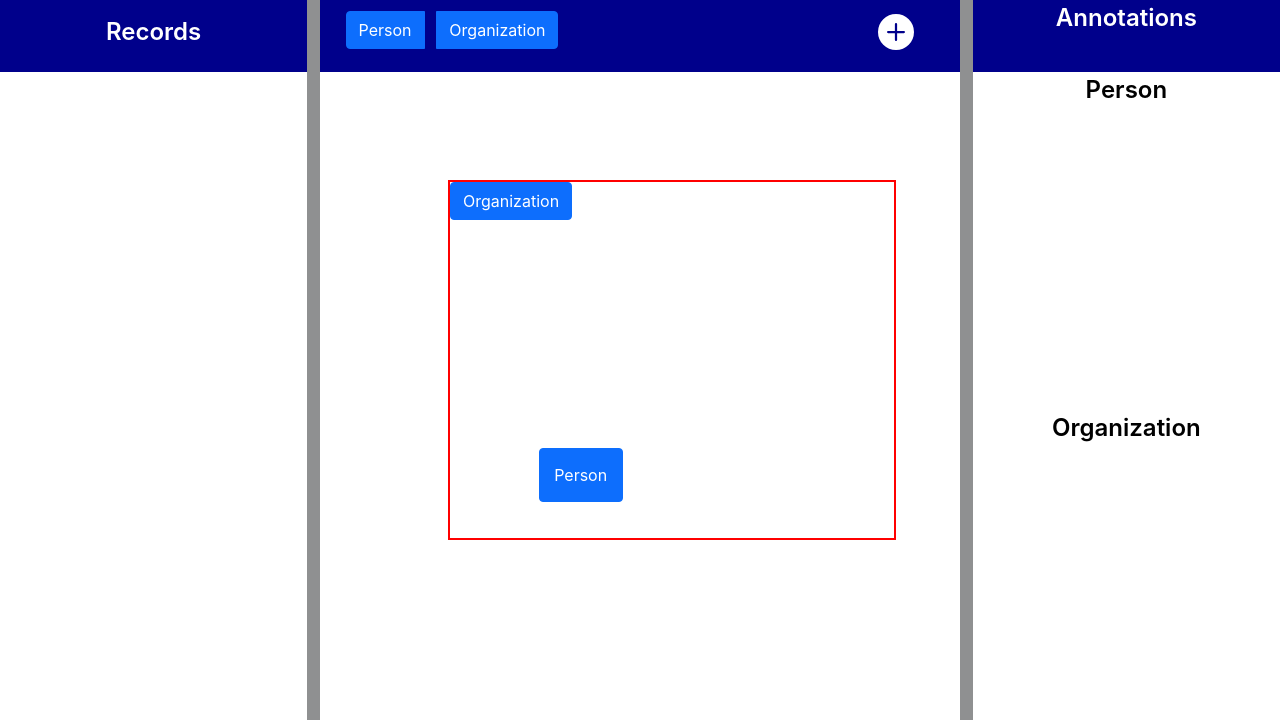
Repository: napan24/classforma_assignment
Page: / (app in client/)
An editor plug-in stored every save of this project. The page is shown before and after the next save, followed by the edit.
The browser window is 1280 px wide. The pictures show the whole page.
The project was rebuilt for these pictures with package versions that can differ from the ones it lists, and the page was loaded fresh each time. Also part of the build but not shown: client/src/App.css.

Above is the page before, as saved 2022-07-20 16:41:17.

### client/public/index.html
<!DOCTYPE html>
<html lang="en">
  <head>
    <meta charset="utf-8" />
    <link rel="icon" href="%PUBLIC_URL%/favicon.ico" />
    <meta name="viewport" content="width=device-width, initial-scale=1" />
    <meta name="theme-color" content="#000000" />
    <meta
      name="description"
      content="Web site created using create-react-app"
    />
    <link href="https://cdn.jsdelivr.net/npm/bootstrap@5.1.3/dist/css/bootstrap.min.css" rel="stylesheet" integrity="sha384-1BmE4kWBq78iYhFldvKuhfTAU6auU8tT94WrHftjDbrCEXSU1oBoqyl2QvZ6jIW3" crossorigin="anonymous">
    <link rel="apple-touch-icon" href="%PUBLIC_URL%/logo192.png" />
    <!--
      manifest.json provides metadata used when your web app is installed on a
      user's mobile device or desktop. See https://developers.google.com/web/fundamentals/web-app-manifest/
    -->
    <link rel="manifest" href="%PUBLIC_URL%/manifest.json" />
    <!--
      Notice the use of %PUBLIC_URL% in the tags above.
      It will be replaced with the URL of the `public` folder during the build.
      Only files inside the `public` folder can be referenced from the HTML.

      Unlike "/favicon.ico" or "favicon.ico", "%PUBLIC_URL%/favicon.ico" will
      work correctly both with client-side routing and a non-root public URL.
      Learn how to configure a non-root public URL by running `npm run build`.
    -->
    <title>React App</title>
  </head>
  <body>
    <noscript>You need to enable JavaScript to run this app.</noscript>
    <div id="root"></div>
    <!--
      This HTML file is a template.
      If you open it directly in the browser, you will see an empty page.

      You can add webfonts, meta tags, or analytics to this file.
      The build step will place the bundled scripts into the <body> tag.

      To begin the development, run `npm start` or `yarn start`.
      To create a production bundle, use `npm run build` or `yarn build`.
    -->
    <script src="https://cdn.jsdelivr.net/npm/bootstrap@5.1.3/dist/js/bootstrap.bundle.min.js" integrity="sha384-ka7Sk0Gln4gmtz2MlQnikT1wXgYsOg+OMhuP+IlRH9sENBO0LRn5q+8nbTov4+1p" crossorigin="anonymous"></script>
  </body>
</html>

### client/src/App.js
import logo from './logo.svg';
import './App.css';
import Home from './Home';

function App() {
  return (
    <>
      <Home></Home>
    </>
  );
}

export default App;

### client/src/Home.js
'strict origin'
import React, { useState, useEffect } from 'react'
const Home = () => {
    const [textField, setTextField] = useState();
    const [person, setPerson] = useState();
    const [place, setPlace] = useState();
    const [personName, setPersonName] = useState(['']);
    const [placeName, setPlaceName] = useState(['']);
    useEffect(() => {
        if (textField) {
            trending();
        }
    }, [textField])
    const trending = async () => {
        const res = await fetch("/", {
            method: 'POST',
            headers: {
                "Content-Type": "application/json"
            },
            body: JSON.stringify({ textField })
        });
        const result = await res.json();
        console.log(result);
        setPerson(result.filter((arr) => arr.type == 'Person'));
        setPlace(result.filter((arr) => arr.type[0] == 'Place' || arr.type[0] == 'PopulatedPlace' || arr.type[0] == 'Settlement' || arr.type[0] == 'City'));
    };
    useEffect(() => {
        setPersonName(['']);
        if (person) {
            person.forEach(function (arrayItem) {
                setPersonName(curr => [...curr, arrayItem.entityId]);
            });
        }
    }, [person])
    useEffect(() => {
        setPlaceName(['']);
        if (place) {
            console.log(place);
            place.forEach(function (arrayItem) {
                setPlaceName(curr => [...curr, arrayItem.entityId]);
            });
        }
    }, [place])
    const showFile = async (e) => {
        e.preventDefault()
        const reader = new FileReader()
        reader.onload = async (e) => {
            const text = (e.target.result)
            setTextField(text);
        };
        reader.readAsText(e.target.files[0])
    }
    function replace(e) {
        var data = e.currentTarget.parentElement.querySelector('.userName').innerHTML;
        setTextField(textField.replace(data, ''));
    }
    return (
        <>
            <div style={{ height: "50vh", width: "35vw", backgroundColor: "white", position: "absolute", zIndex: '2', left: "35%", top: "25%", border: "2px solid red" }}>
                <button type="button" class="btn btn-primary" style={{ marginRight: "1vw",position:"absolute",bottom:"10%",left:"20%",padding:"2vh" }}>Person</button>
                <button type="button" class="btn btn-primary">Organization</button>
            </div>
            <div style={{ display: 'flex', width: "100vw", height: "100vh", backgroundColor: "#8f9091", overflow: "hidden" }}>
                <div style={{ width: "24vw", height: "100vh", backgroundColor: "white", marginRight: "1vw" }}>
                    <div style={{ width: "24vw", height: "10vh", backgroundColor: "#00008b", textAlign: 'center', fontSize: '150%', color: "white", fontWeight: "600", position: "fixed" }}>
                        <p style={{ marginTop: "2vh" }}>
                            Records
                        </p>
                    </div>
                    <div>

                    </div>
                </div>
                <div style={{ width: "50vw", height: "100vh", backgroundColor: "white", marginRight: "1vw", overflowY: "unset" }}>
                    <div style={{ width: "50vw", height: "10vh", backgroundColor: "#00008b", position: 'relative', overflowY: 'hidden' }}>
                        <div class="btn-group" style={{ marginTop: "1.5vh", marginLeft: "2vw" }}>
                            <button type="button" class="btn btn-primary" style={{ marginRight: "1vw" }}>Person</button>
                            <button type="button" class="btn btn-primary">Organization</button>
                        </div>
                        <label for="file">
                            <svg style={{ width: "20%", height: "50%", position: "absolute", right: "0", top: "2vh", color: "white" }} xmlns="http://www.w3.org/2000/svg" fill="currentColor" class="bi bi-plus-circle-fill" viewBox="0 0 16 16">
                                <path d="M16 8A8 8 0 1 1 0 8a8 8 0 0 1 16 0zM8.5 4.5a.5.5 0 0 0-1 0v3h-3a.5.5 0 0 0 0 1h3v3a.5.5 0 0 0 1 0v-3h3a.5.5 0 0 0 0-1h-3v-3z" />
                            </svg>
                        </label>
                        <input type="file" id="file" onChange={(e) => showFile(e)} style={{ display: "none" }} />
                    </div>
                    <div style={{ width: "48vw", height: "85vh", marginLeft: "2vw", marginTop: "5vh", overflowY: "scroll" }}>
                        {textField}
                    </div>
                </div>
                <div style={{ width: "24vw", height: "100vh", backgroundColor: "white" }}>
                    <div style={{ width: "24vw", height: "10vh", backgroundColor: "#00008b", textAlign: 'center', fontSize: '150%', color: "white", fontWeight: "600" }}>
                        <p>
                            Annotations
                        </p>
                    </div>
                    <div style={{ width: "24vw", height: "5vh", backgroundColor: "white", textAlign: 'center', fontSize: '150%', color: "black", fontWeight: "600", marginBottom: "2vh" }}>
                        <p>
                            Person
                        </p>
                    </div>
                    <div style={{ maxWidth: "24vw", height: "40vh", backgroundColor: "white", textAlign: 'center', fontSize: '150%', color: "black", fontWeight: "600", zIndex: "2", overflowY: "scroll", overflowX: "hidden" }}>
                        {personName && personName.map((user) => (
                            user.length > 0 && <div style={{ width: "24vw", color: "black", height: "3vh", fontSize: "2vh", position: 'relative', borderBottom: '1px solid black' }}>
                                <span className='userName' style={{ width: "12vw" }}>
                                    {user}
                                </span>
                                <svg onClick={(e) => { replace(e) }} style={{ width: "3.5vw", height: "3.5vh", position: 'absolute', right: "0vw", top: "0vh" }} xmlns="http://www.w3.org/2000/svg" style={{ height: "3vh", width: "2vw", color: 'red' }} fill="currentColor" class="bi bi-x" viewBox="0 0 16 16">
                                    <path d="M4.646 4.646a.5.5 0 0 1 .708 0L8 7.293l2.646-2.647a.5.5 0 0 1 .708.708L8.707 8l2.647 2.646a.5.5 0 0 1-.708.708L8 8.707l-2.646 2.647a.5.5 0 0 1-.708-.708L7.293 8 4.646 5.354a.5.5 0 0 1 0-.708z" />
                                </svg>
                            </div>
                        ))}
                    </div>
                    <div style={{ width: "24vw", height: "5vh", backgroundColor: "white", textAlign: 'center', fontSize: '150%', color: "black", fontWeight: "600", marginBottom: "2vh" }}>
                        <p>
                            Organization
                        </p>
                    </div>
                    <div style={{ width: "24vw", height: "40vh", backgroundColor: "white", textAlign: 'center', fontSize: '150%', color: "black", fontWeight: "600", overflowY: "scroll" }}>
                        {placeName && placeName.map((user) => (
                            user.length > 0 && <div style={{ width: "24vw", color: "black", height: "3vh", fontSize: "2vh", position: 'relative', borderBottom: '1px solid black' }}>
                                <span className='userName' style={{ width: "12vw" }}>
                                    {user}
                                </span>
                                <svg onClick={(e) => { replace(e) }} style={{ width: "3.5vw", height: "3.5vh", position: 'absolute', right: "0vw", top: "0vh" }} xmlns="http://www.w3.org/2000/svg" style={{ height: "3vh", width: "2vw", color: 'red' }} fill="currentColor" class="bi bi-x" viewBox="0 0 16 16">
                                    <path d="M4.646 4.646a.5.5 0 0 1 .708 0L8 7.293l2.646-2.647a.5.5 0 0 1 .708.708L8.707 8l2.647 2.646a.5.5 0 0 1-.708.708L8 8.707l-2.646 2.647a.5.5 0 0 1-.708-.708L7.293 8 4.646 5.354a.5.5 0 0 1 0-.708z" />
                                </svg>
                            </div>
                        ))}
                    </div>
                </div>
            </div>
        </>
    )
}

export default Home

Loaded but not shown: client/src/index.js (common file); client/src/index.css (common file); client/src/reportWebVitals.js (common file)

After the next save:
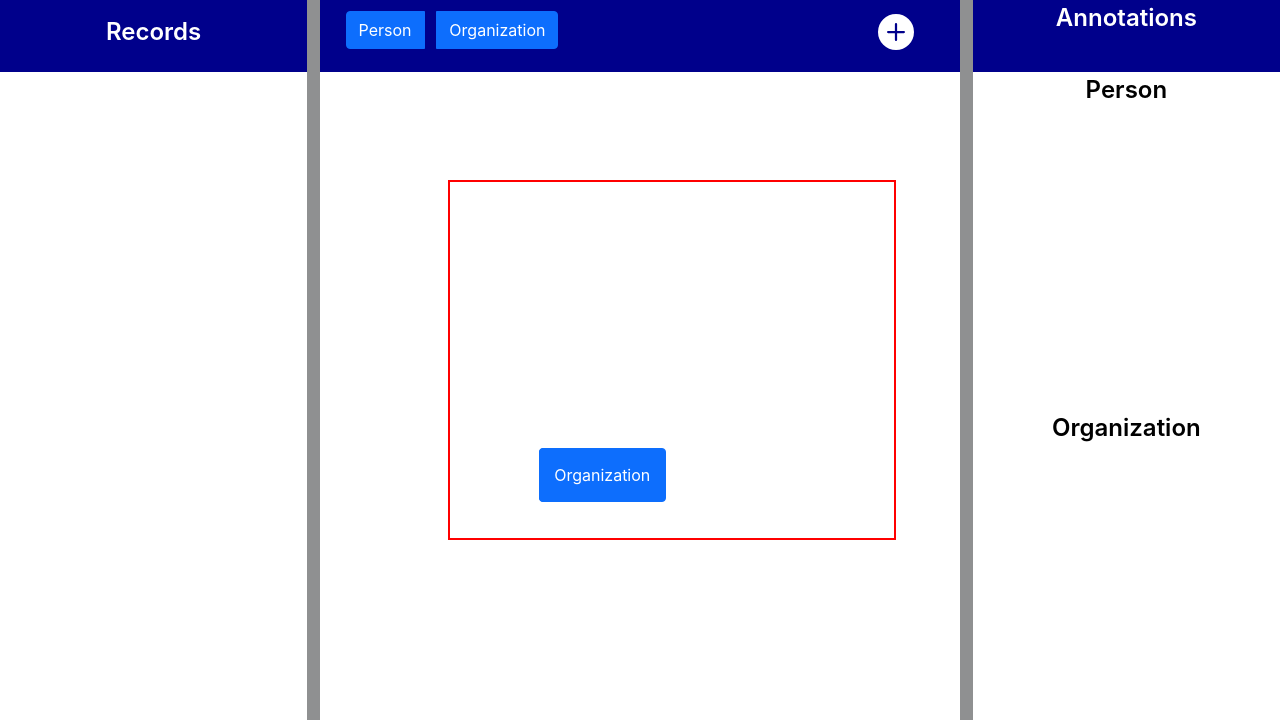
Saved 20 s later.
--- a/client/src/Home.js
+++ b/client/src/Home.js
@@ -58,7 +58,7 @@ const Home = () => {
         <>
             <div style={{ height: "50vh", width: "35vw", backgroundColor: "white", position: "absolute", zIndex: '2', left: "35%", top: "25%", border: "2px solid red" }}>
                 <button type="button" class="btn btn-primary" style={{ marginRight: "1vw",position:"absolute",bottom:"10%",left:"20%",padding:"2vh" }}>Person</button>
-                <button type="button" class="btn btn-primary">Organization</button>
+                <button style={{ marginRight: "1vw",position:"absolute",bottom:"10%",left:"20%",padding:"2vh" }} type="button" class="btn btn-primary">Organization</button>
             </div>
             <div style={{ display: 'flex', width: "100vw", height: "100vh", backgroundColor: "#8f9091", overflow: "hidden" }}>
                 <div style={{ width: "24vw", height: "100vh", backgroundColor: "white", marginRight: "1vw" }}>
